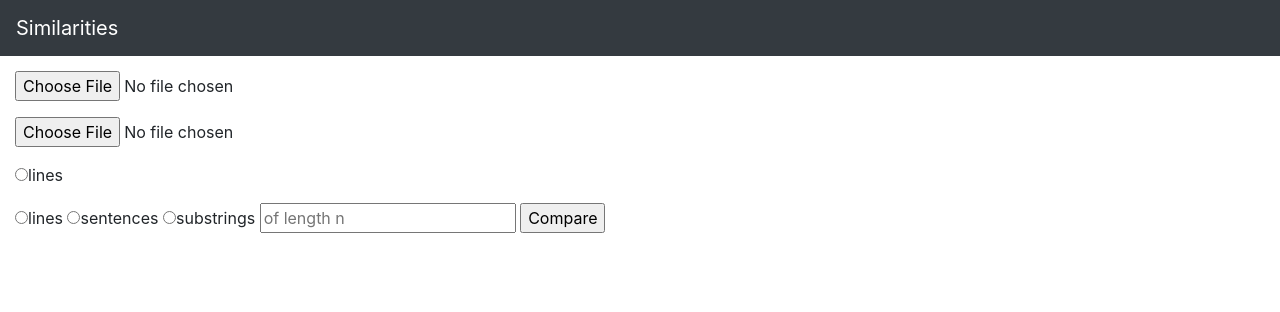
Repository: kenwynejohnes/cs50
Page: http://localhost/
The author's editor kept a record of every edit. The page is drawn from the files as they stood at one moment, then again after the next edit.
The browser window is 1280 px wide. The pictures show the whole page.
Some web libraries are served in a nearby version. The page is served by the project's application, run on Flask 3 (pset6/similarities/application.py). Other server files are loaded and not shown.

Above is the page before.

### pset6/similarities/templates/index.html
{% extends "layout.html" %}

{% block body %}

    <div class="col">
        <form action="/compare" enctype="multipart/form-data" method="post">

            <!-- TODO -->
            <p>
                <input type="file" name="file1"></input>
            </p>
            <p>
                <input type="file" name="file2"></input>
            </p>

            <p>
                <input type="radio" name="algorithm" value="lines">lines</input>
            </p>
            <input type="radio" name="algorithm" value="lines">lines</input>
            <input type="radio" name="algorithm" value="sentences">sentences</input>
            <input type="radio" name="algorithm" value="substrings">substrings</input>
            <input type="number" name="length" placeholder="of length n">

            <button type="submit">Compare</button>


        </form>
    </div>

{% endblock %}

### pset6/similarities/templates/layout.html
<!DOCTYPE html>

<html lang="en">
    <head>

        <!-- Required meta tags -->
        <meta charset="utf-8"/>
        <meta name="viewport" content="width=device-width, initial-scale=1, shrink-to-fit=no"/>

        <!-- Bootstrap CSS -->
        <link href="https://maxcdn.bootstrapcdn.com/bootstrap/4.0.0-beta/css/bootstrap.min.css" rel="stylesheet"/>

        <link href="/static/styles.css" rel="stylesheet"/>

        <title>Similarities</title>

    </head>
    <body>

        <nav class="navbar fixed-top navbar-dark bg-dark">
            <a class="navbar-brand" href="/">Similarities</a>
        </nav>

        <div class="container-fluid">
            <div class="row">
                {% block body %}{% endblock %}
            </div>
        </div>

        <!-- Optional JavaScript -->
        <script src="https://code.jquery.com/jquery-3.2.1.slim.min.js"></script>
        <script src="https://cdnjs.cloudflare.com/ajax/libs/popper.js/1.11.0/umd/popper.min.js"></script>
        <script src="https://maxcdn.bootstrapcdn.com/bootstrap/4.0.0-beta/js/bootstrap.min.js"></script>

    </body>
</html>

Loaded but not shown: pset6/similarities/application.py (common file); pset6/similarities/static/styles.css (common file)

After the next edit:
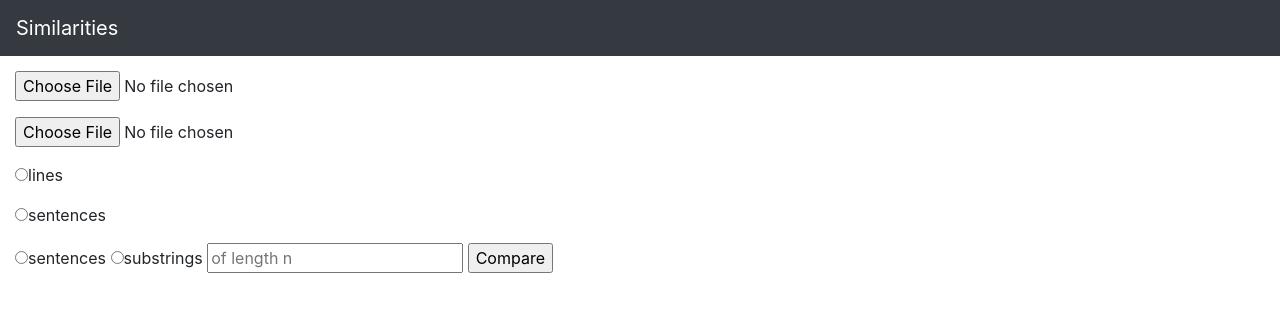
The edit:
--- a/pset6/similarities/templates/index.html
+++ b/pset6/similarities/templates/index.html
@@ -16,7 +16,9 @@
             <p>
                 <input type="radio" name="algorithm" value="lines">lines</input>
             </p>
-            <input type="radio" name="algorithm" value="lines">lines</input>
+            <p>
+                <input type="radio" name="algorithm" value="sentences">sentences</input>
+            </p>
             <input type="radio" name="algorithm" value="sentences">sentences</input>
             <input type="radio" name="algorithm" value="substrings">substrings</input>
             <input type="number" name="length" placeholder="of length n">
